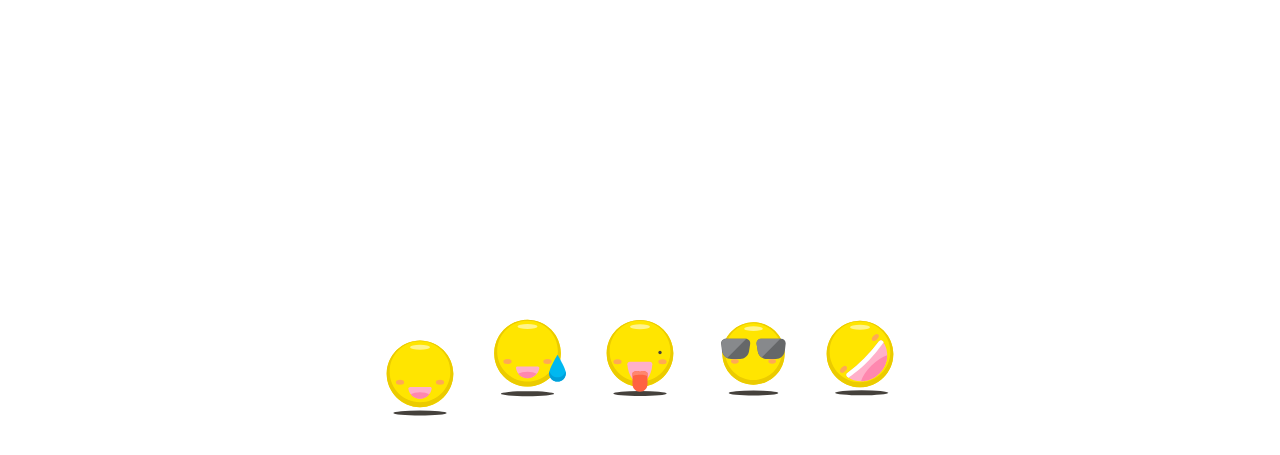
Repository: gyypwrs/css-practice
Page: emoji-jump/index.html
An editor plug-in stored every save of this project. The page is shown before and after the next save, followed by the edit.
The browser window is 1280 px wide. The pictures show the whole page.
The pointer rests on the first visible `li`.

Above is the page before, as saved 2022-05-07 11:38:02.

After the next save:
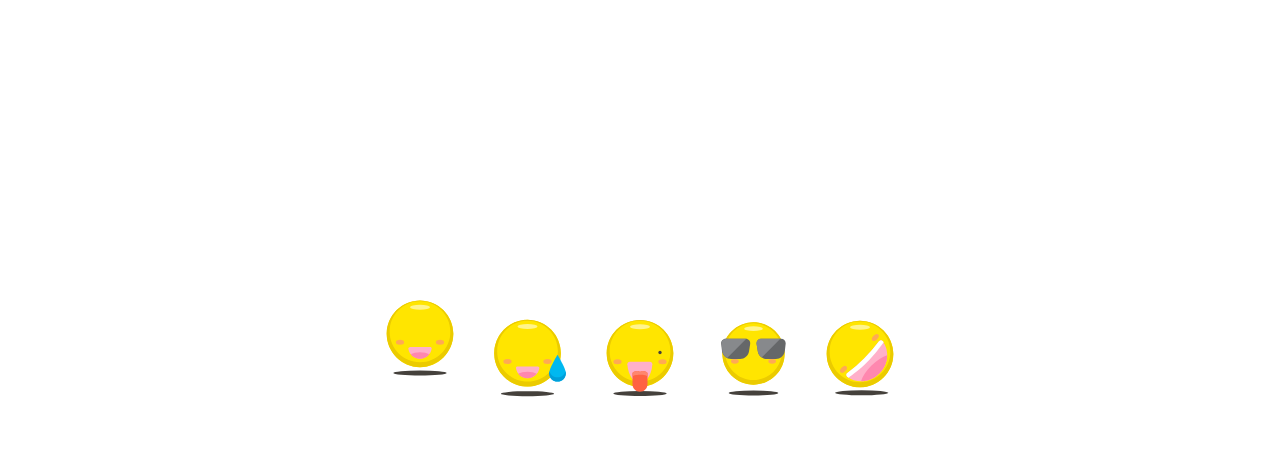
Saved 19 s later.
--- a/emoji-jump/index.html
+++ b/emoji-jump/index.html
@@ -35,7 +35,7 @@
         padding: 15px;
       }
       li:hover {
-        transform: translateY(20px);
+        transform: translateY(-20px);
       }
 
   </style>
